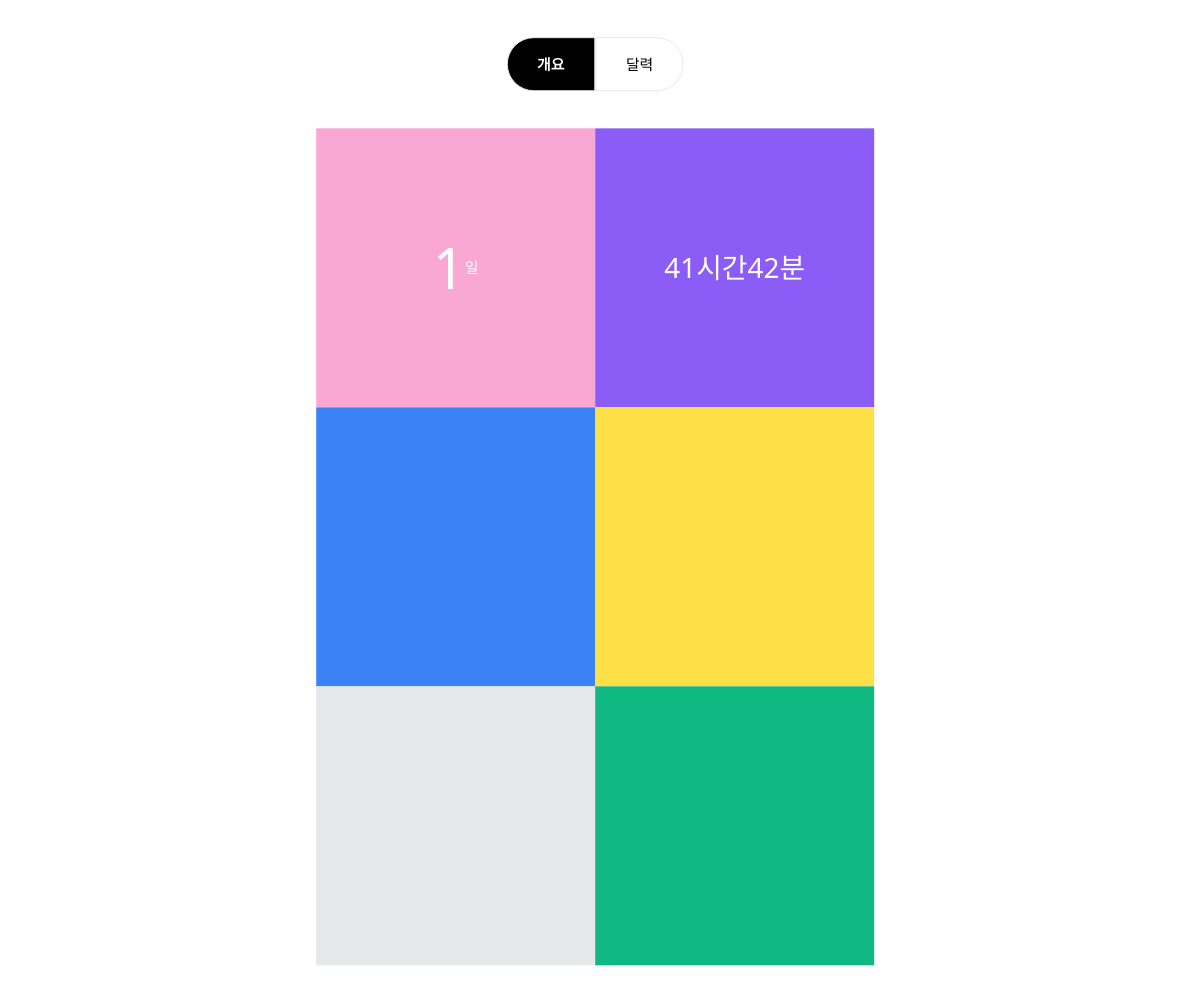
Repository: honey-punch/my-alcohol
Page: /
An editor plug-in stored every save of this project. The page is shown before and after the next save, followed by the edit.
The browser window is 1280 px wide. The pictures show the whole page, at 93% of full size.
The project was rebuilt for these pictures with package versions that can differ from the ones it lists, and the page was loaded fresh each time. The framework's server and built-in components were replaced by stand-ins that run in the browser. Also part of the build but not shown: next.config.ts, src/app/_component/Calendar.tsx.

Above is the page before, as saved 2025-02-10 15:55:52.

After the next save:
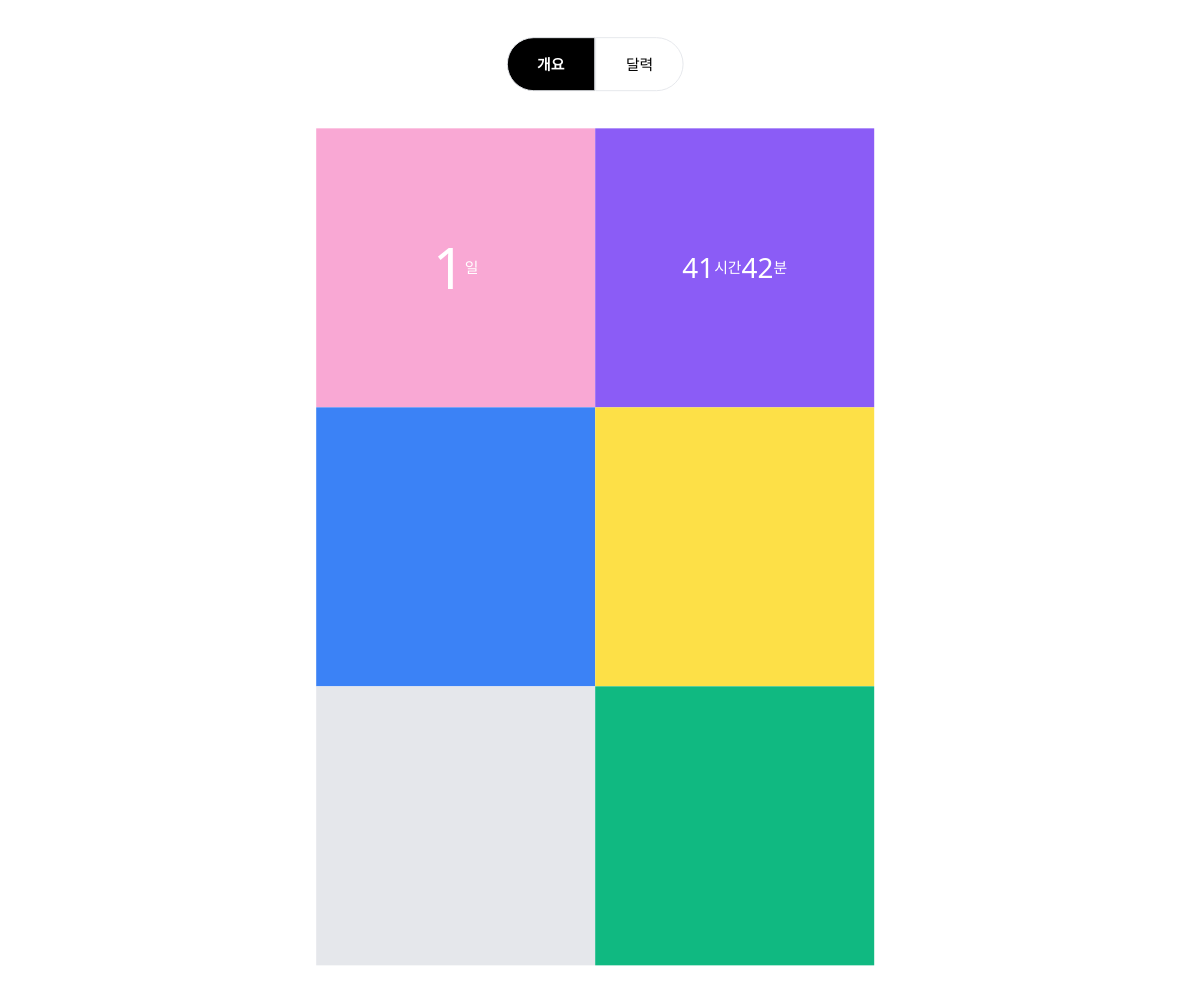
Saved 11 s later.
--- a/src/app/_component/Summary.tsx
+++ b/src/app/_component/Summary.tsx
@@ -23,11 +23,11 @@ export default function Summary() {
       </div>
       <div
         style={{ width: `${BOX_SIZE}px`, height: BOX_SIZE }}
-        className="bg-violet-500 text-white flex justify-center items-center text-3xl"
+        className="bg-violet-500 text-white flex justify-center items-center "
       >
-        <span className="">{diffTime.diffHour}</span>
+        <span className="text-3xl">{diffTime.diffHour}</span>
         <span className="">시간</span>
-        <span className="">{diffTime.diffMin}</span>
+        <span className="text-3xl">{diffTime.diffMin}</span>
         <span className="">분</span>
       </div>
       <div
